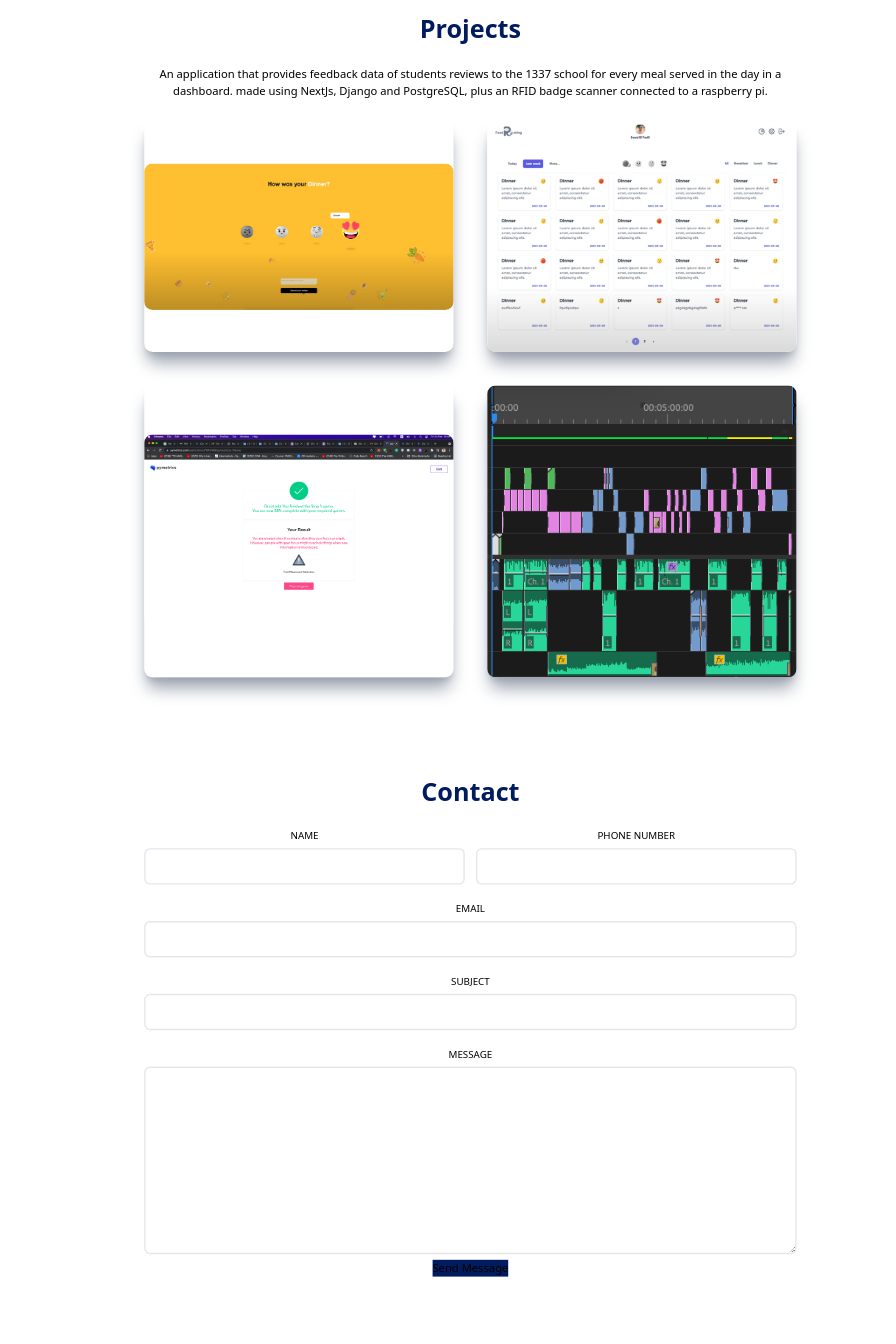
Repository: Saadelfadil/saadelfadil.github.io
Page: /
The author's editor kept a copy of each file at every save. The page is drawn from the files as they stood at one save, then again after the next save.
The browser window is 1280 px wide. The pictures show the part of the page from y = 794 to 2714 px (the page is 2714 px tall), at 70% of full size.
The project was rebuilt for these pictures with package versions that can differ from the ones it lists, and the page was loaded fresh each time. Also part of the build but not shown: vite.config.js.

Above is the page before, as saved 2023-02-26 19:00:50.

### src/App.jsx
import './App.css'
import Sidenave from './components/Sidenave'
import Main from './components/Main'
import Projects from './components/Projects'
import Contact from './components/Contact'

function App() {

  return (
    <div>
      <Sidenave />
      <Main />
      <Projects />
      <Contact />
    </div>
  )
}

export default App

### src/components/Sidenave.jsx
import React, { useState } from "react";
import { AiOutlineHome, AiOutlineMail, AiOutlineMenu, AiOutlineProject } from "react-icons/ai"
import { GrProjects } from "react-icons/gr"
import { BsPerson } from "react-icons/bs"

const Sidenave = () => {
    const [nav, setNav] = useState(false)

    const handleNav = () => {
        setNav((prev) => prev = !nav);
    };

  return (
    <div>
        <AiOutlineMenu onClick={handleNav} className="absolute top-4 right-4 z-[100] md:hidden"/>
        {
            nav ? (
                <div className="fixed w-full h-screen bg-white/90 flex flex-col justify-center items-center z-20">
                    <a href="#main" className="w-[75%] flex justify-center rounded-full shadow-lg bg-gray-100 shadow-gray-400 m-2 p-4 cursor-pointer hover:scale-110 ease-in duration-200">
                        <AiOutlineHome size={20}/>
                        <span className="pl-4">Home</span>
                    </a>
                    <a href="#work" className="w-[75%] flex justify-center rounded-full shadow-lg bg-gray-100 shadow-gray-400 m-2 p-4 cursor-pointer hover:scale-110 ease-in duration-200">
                        <GrProjects size={20}/>
                        <span className="pl-4">Work</span>
                    </a>
                    <a href="#projects" className="w-[75%] flex justify-center rounded-full shadow-lg bg-gray-100 shadow-gray-400 m-2 p-4 cursor-pointer hover:scale-110 ease-in duration-200">
                        <AiOutlineProject size={20}/>
                        <span className="pl-4">Projects</span>
                    </a>
                    <a href="#main" className="w-[75%] flex justify-center rounded-full shadow-lg bg-gray-100 shadow-gray-400 m-2 p-4 cursor-pointer hover:scale-110 ease-in duration-200">
                        <BsPerson size={20}/>
                        <span className="pl-4">Resume</span>
                    </a>
                    <a href="#contact" className="w-[75%] flex justify-center rounded-full shadow-lg bg-gray-100 shadow-gray-400 m-2 p-4 cursor-pointer hover:scale-110 ease-in duration-200">
                        <AiOutlineMail size={20}/>
                        <span className="pl-4">Contact</span>
                    </a>
                </div>
            ) : ""
        }

        <div className="md:block hidden fixed top-[25%] z-10">
            <div className="flex flex-col">
                <a href="#main" className="rounded-full shadow-lg bg-gray-100 shadow-gray-400 m-2 p-4 cursor-pointer hover:scale-110 ease-in duration-300 ">
                    <AiOutlineHome />
                </a>
                <a href="#work" className="rounded-full shadow-lg bg-gray-100 shadow-gray-400 m-2 p-4 cursor-pointer hover:scale-110 ease-in duration-300 ">
                    <GrProjects />
                </a>
                <a href="#projects" className="rounded-full shadow-lg bg-gray-100 shadow-gray-400 m-2 p-4 cursor-pointer hover:scale-110 ease-in duration-300 ">
                    <AiOutlineProject />
                </a>
                <a href="#main" className="rounded-full shadow-lg bg-gray-100 shadow-gray-400 m-2 p-4 cursor-pointer hover:scale-110 ease-in duration-300 ">
                    <BsPerson />
                </a>
                <a href="#contact" className="rounded-full shadow-lg bg-gray-100 shadow-gray-400 m-2 p-4 cursor-pointer hover:scale-110 ease-in duration-300 ">
                    <AiOutlineMail />
                </a>
            </div>
        </div>
    </div>
  )
};

export default Sidenave;

### src/components/Main.jsx
import React from "react";
import { TypeAnimation } from "react-type-animation"
import { FaGithub, FaInstagram, FaLinkedin } from "react-icons/fa"

const Main = () => {
  return (
    <div id="main">
        <img className="w-full h-screen object-cover object-right " src="/src/assets/saadelfadil.jpg" alt="saadelfadil" />
        <div className="w-full h-screen absolute top-0 left-0 bg-white/50 ">
            <div className="max-w-[700px] m-auto h-full w-full flex flex-col justify-center lg:items-start items-center ">
                <h1 className="sm:text-5xl text-4xl font-bold text-gray-800">I'm Saad El fadil</h1>
                <h2 className="flex sm:text-3xl text-2xl pt-4 text-gray-800">I'm a
                    <TypeAnimation
                        sequence={[
                            'Software Engineer', // Types 'One'
                            1000, // Waits 1s
                            'Videomaker', // Deletes 'One' and types 'Two'
                            2000, // Waits 2s
                        ]}
                        wrapper="div"
                        cursor={true}
                        repeat={Infinity}
                        style={{ fontSize: '1em', paddingLeft: "5px" }}
                    />
                </h2>
                <div className="flex justify-between pt-6 max-w-[150px] w-full">
                        <FaInstagram size={20} className="cursor-pointer"/>
                        <FaLinkedin size={20} className="cursor-pointer"/>
                        <FaGithub size={20} className="cursor-pointer"/>
                </div>
            </div>
        </div>
    </div>
  )
};

export default Main;

### src/components/Projects.jsx
import React from "react";
import ProjectItem from "./ProjectItem";
import img from "../assets/1337_foodback.png";
import img2 from "../assets/1337_foodback_2.png";
import img3 from "../assets/1337_foodback_3.png";
import img4 from "../assets/1337_foodback_4.png";


const Projects = () => {
  return (
    <div id="projects" className="max-w-[1028px] m-auto md:pl-20 p-4 py-16">
        <h1 className="text-4xl font-bold text-center text-[#001b5e] ">Projects</h1>
        <p className="text-center py-8">
            An application that provides feedback data of students reviews to the 1337 school for every meal served in the day in a dashboard. made using NextJs, Django and PostgreSQL, plus an RFID badge scanner connected to a raspberry pi.
        </p>
        <div className="grid sm:grid-cols-2 gap-12">
            <ProjectItem img={img} title="1337 FoodBack"/>
            <ProjectItem img={img2} title="App 2"/>
            <ProjectItem img={img3} title="App 3"/>
            <ProjectItem img={img4} title="App 4"/>
        </div>
    </div>
  )
};

export default Projects;

### src/components/Contact.jsx
import React from "react";

const Contact = () => {
  return (
    <div id="contact" className="max-w-[1028px] m-auto md:pl-20 p-4 py-16">
        <h1 className="py-4 text-4xl font-bold text-center text-[#001b5e]">
            Contact
        </h1>
        <form action="" method="POST" encType="multipart/form-data" >
            <div className="grid md:grid-cols-2 gap-4 w-full py-2">
                <div className="flex flex-col">
                    <label className="uppercase text-sm py-2" htmlFor="">Name</label>
                    <input className="border-2 rounded-lg p-3 flex border-gray-200 " type="text" name="name" />
                </div>
                <div className="flex flex-col">
                    <label className="uppercase text-sm py-2" htmlFor="">Phone Number</label>
                    <input className="border-2 rounded-lg p-3 flex border-gray-200 " type="text" name="phone" />
                </div>
            </div>
            <div className="flex flex-col py-2">
                <label className="uppercase text-sm py-2" htmlFor="">Email</label>
                <input className="border-2 rounded-lg p-3 flex border-gray-200 " type="email" name="email"/>
            </div>
            <div className="flex flex-col py-2">
                <label className="uppercase text-sm py-2" htmlFor="">Subject</label>
                <input className="border-2 rounded-lg p-3 flex border-gray-200 " type="text" name="subject"/>
            </div>
            <div className="flex flex-col py-2">
                <label className="uppercase text-sm py-2" htmlFor="">Message</label>
                <textarea className="border-2 rounded-lg p-3 flex border-gray-200 " rows='10' name="message"></textarea>
            </div>
            <button className="bg-[#001b5e] " type="submit">
                Send Message
            </button>
        </form>
    </div>
  )
};

export default Contact;

### src/components/ProjectItem.jsx
import React from "react";

const ProjectItem = ({img, title}) => {
  return (
    <div className="relative flex items-center justify-center w-full h-auto shadow-xl shadow-gray-400 rounded-xl group hover:bg-gradient-to-r from-gray-200 to-[#001b5e]">
        <img src={img} alt="/" className="rounded-xl group-hover:opacity-10" />
        <div className="hidden group-hover:block absolute top-[50%] left-[50%] translate-x-[-50%] translate-y-[-50%] ">
            <h3 className="text-xl font-bold text-white  text-center">
                {title}
            </h3>
            <p className="pb-4 pt-2 text-white text-center">React Js</p>
            <a href="/">
                <p className="text-center p-2 rounded-lg bg-white text-gray-700 font-bold cursor-pointer text-sm">More Info</p>
            </a>
        </div>
    </div>
  )
};

export default ProjectItem;

Loaded but not shown: index.html (common file); src/main.jsx (common file); src/index.css (common file); src/App.css (common file); tailwind.config.cjs (common file)

After the next save:
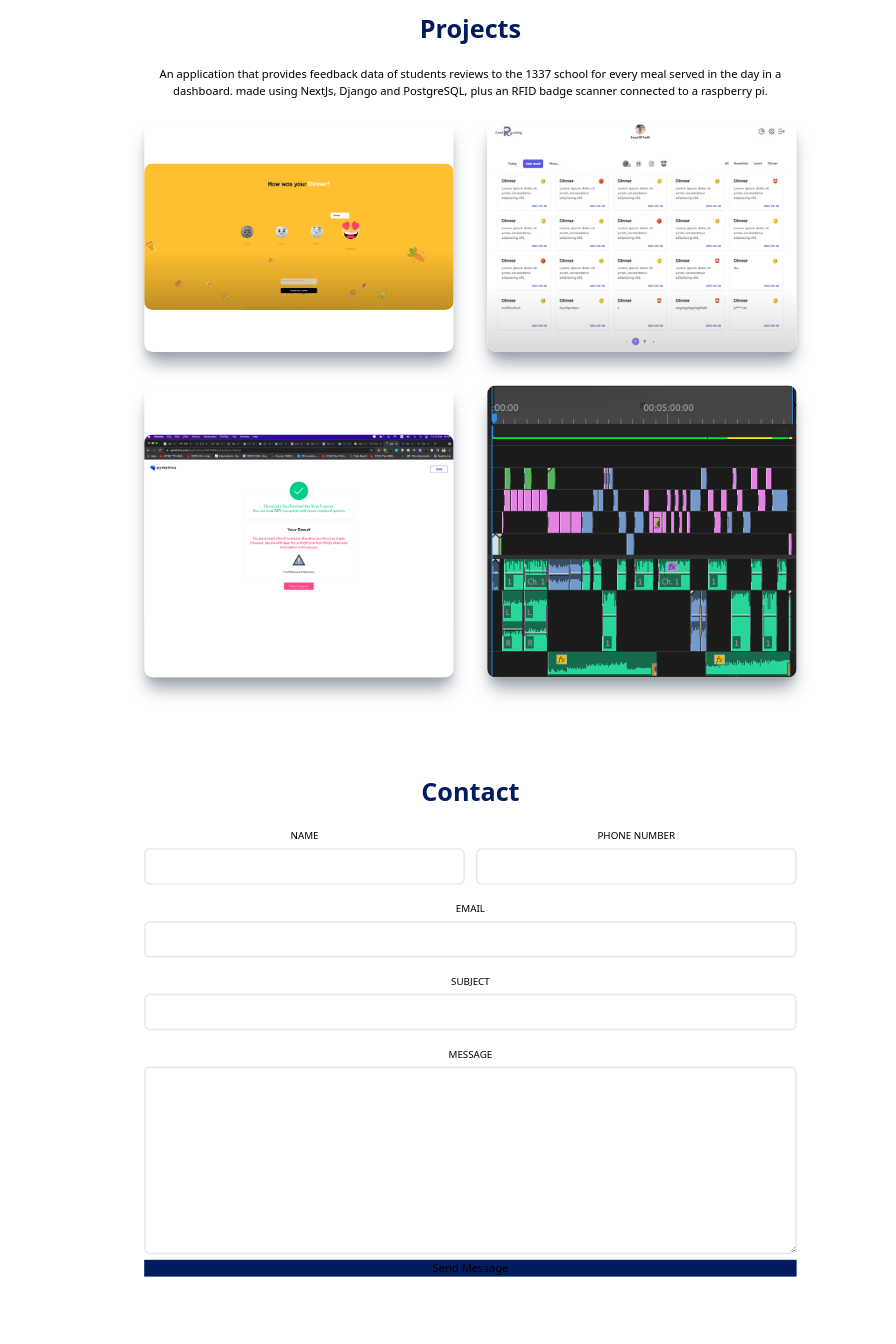
Saved 5 s later.
--- a/src/components/Contact.jsx
+++ b/src/components/Contact.jsx
@@ -29,7 +29,7 @@ const Contact = () => {
                 <label className="uppercase text-sm py-2" htmlFor="">Message</label>
                 <textarea className="border-2 rounded-lg p-3 flex border-gray-200 " rows='10' name="message"></textarea>
             </div>
-            <button className="bg-[#001b5e] " type="submit">
+            <button className="bg-[#001b5e] w-full" type="submit">
                 Send Message
             </button>
         </form>
